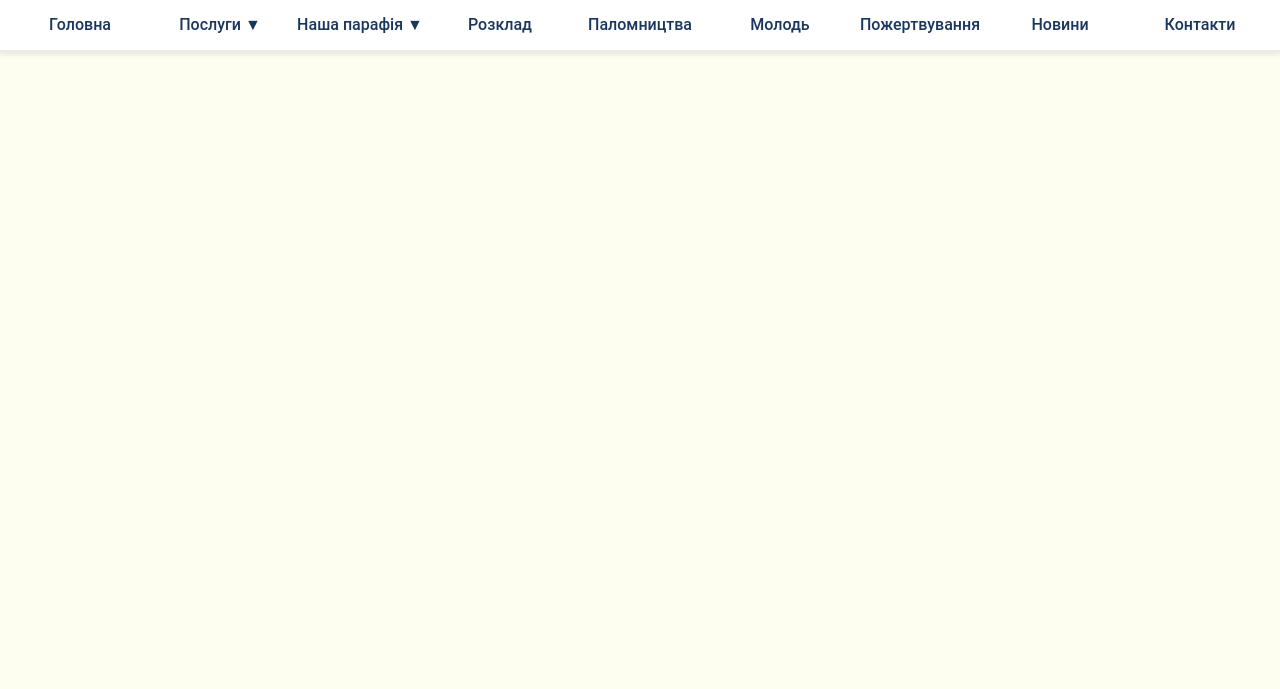
Repository: Gray-01/upcV5
Page: http://localhost/header.php
The author's editor kept a copy of each file at every save. The page is drawn from the files as they stood at one save, then again after the next save.
The browser window is 1280 px wide. The pictures show the whole page.
The page is run by PHP 8.4 with error messages shown; the project is at /var/www/html/.

Above is the page before, as saved 2025-09-30 17:08:57.

After the next save:
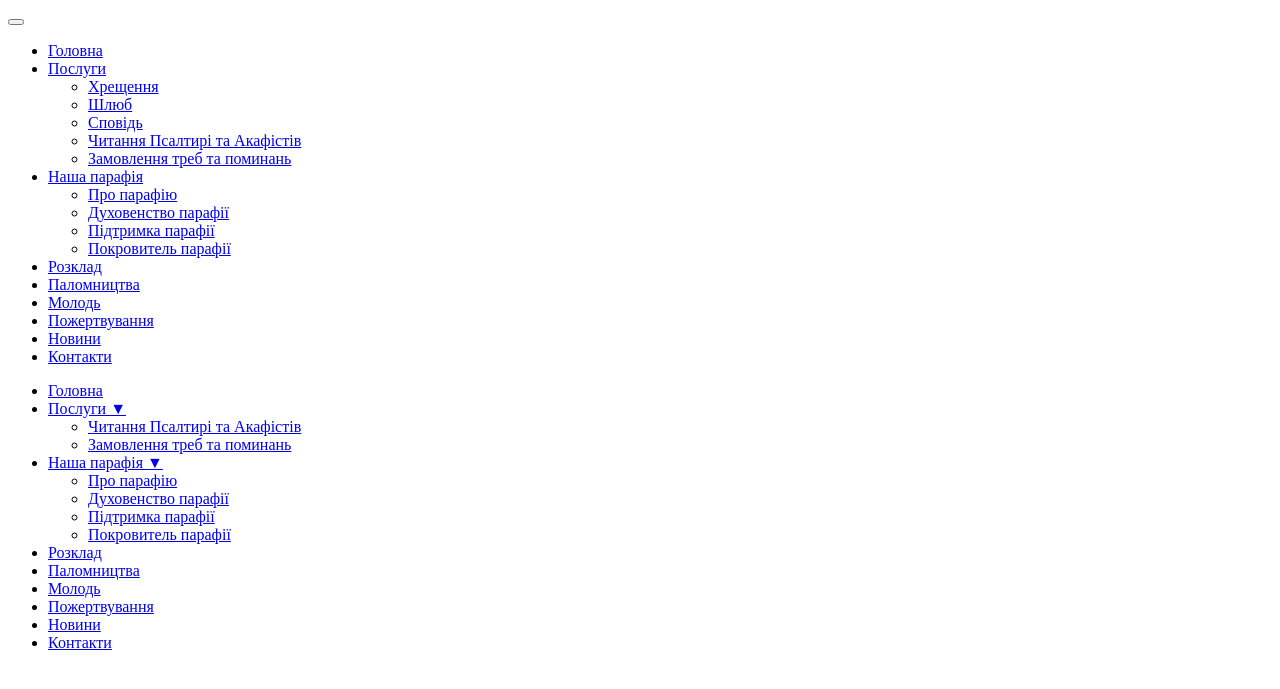
Saved 36 s later.
--- a/header.php
+++ b/header.php
@@ -7,9 +7,9 @@
   <title>Громада УПЦ у Швейцарії</title>
 
 
-  <link rel="stylesheet" href="assets/css/reset.css">
+  <!-- <link rel="stylesheet" href="assets/css/reset.css">
   <link rel="stylesheet" href="assets/css/style.css">
-  <link rel="stylesheet" href="assets/css/responsive.css">
+  <link rel="stylesheet" href="assets/css/responsive.css"> -->
 
 
 </head>
